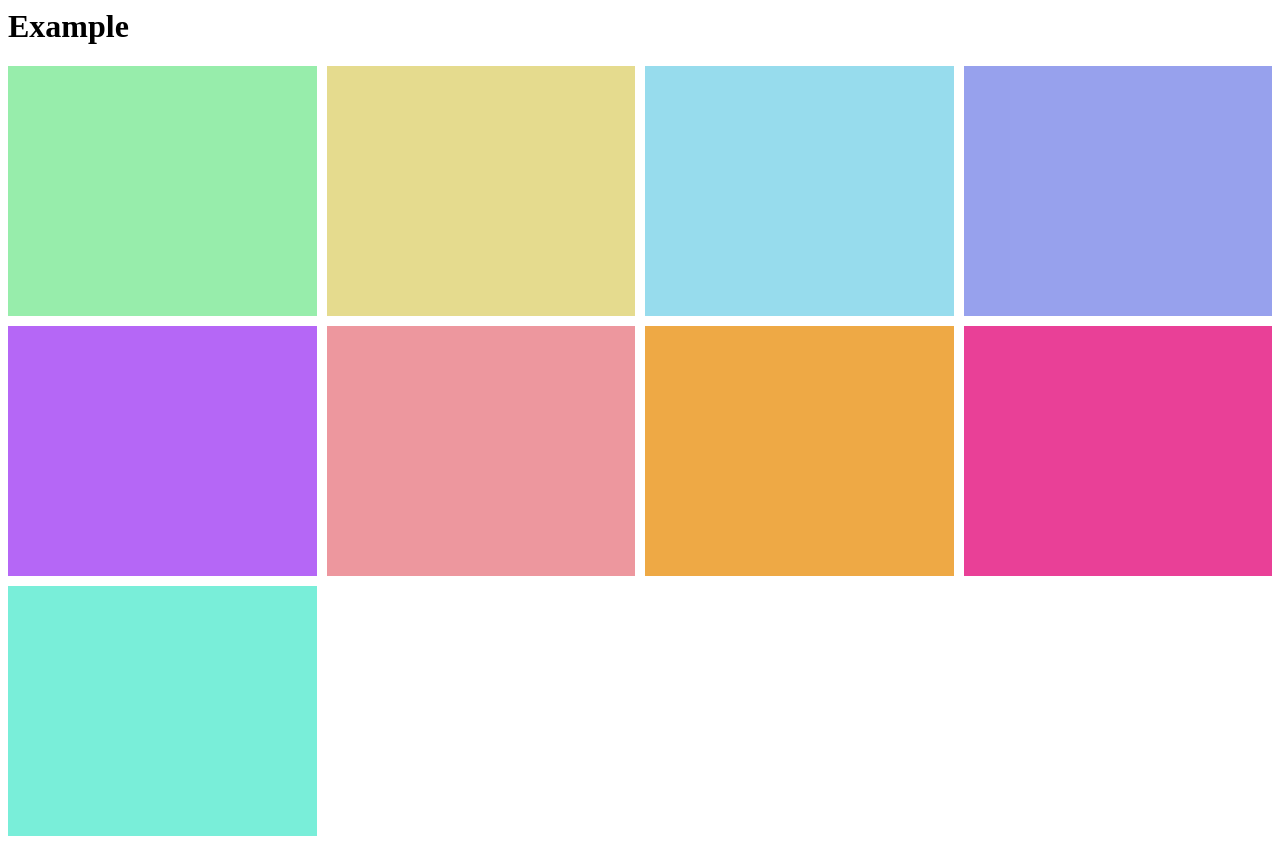
Repository: SamirIngley/html-semantic
Page: templates/challenge-01.html
An editor plug-in stored every save of this project. The page is shown before and after the next save, followed by the edit.
The browser window is 1280 px wide. The pictures show the whole page.

Above is the page before, as saved 2020-02-04 16:57:19.

### templates/challenge-01.html
<!--
   This example used named areas to place elements
   on the grid
 -->

<h1>Example</h1>

<!-- Grid Container -->
<div class="container">

  <div class="box a"></div>
  <div class="box b"></div>
  <div class="box c"></div>
  <div class="box d"></div>
  <div class="box e"></div>
  <div class="box f"></div>
  <div class="box g"></div>
  <div class="box h"></div>
  <div class="box i"></div>

</div>


<style>

  /* Your styles here */

  .container {
    display: grid;
    grid-gap: 10px;
    grid-template-columns: repeat(4, 1fr);
    /* grid-template-rows: 100px 300px; */
  }



  /* Some default styles to get you started */

  .box {
   height: 250px;
    /*
    The named areas below define where elements with
    those names are placed on the grid.
    */

  }

  .a {
    background-color: #97edab;
  }

  .b {
    background-color: #e5db8e;
  }

  .c {
    background-color: #97dced;
  }

  .d {
    background-color: #97a1ed;
  }

  .e {
    background-color: #b567f6;
  }

  .f {
    background-color: #ed979e;
  }

  .g {
    background-color: #eea945;
  }

  .h {
    background-color: #e94097;
  }

  .i {
    background-color: #79eed9;
  }

</style>

After the next save:
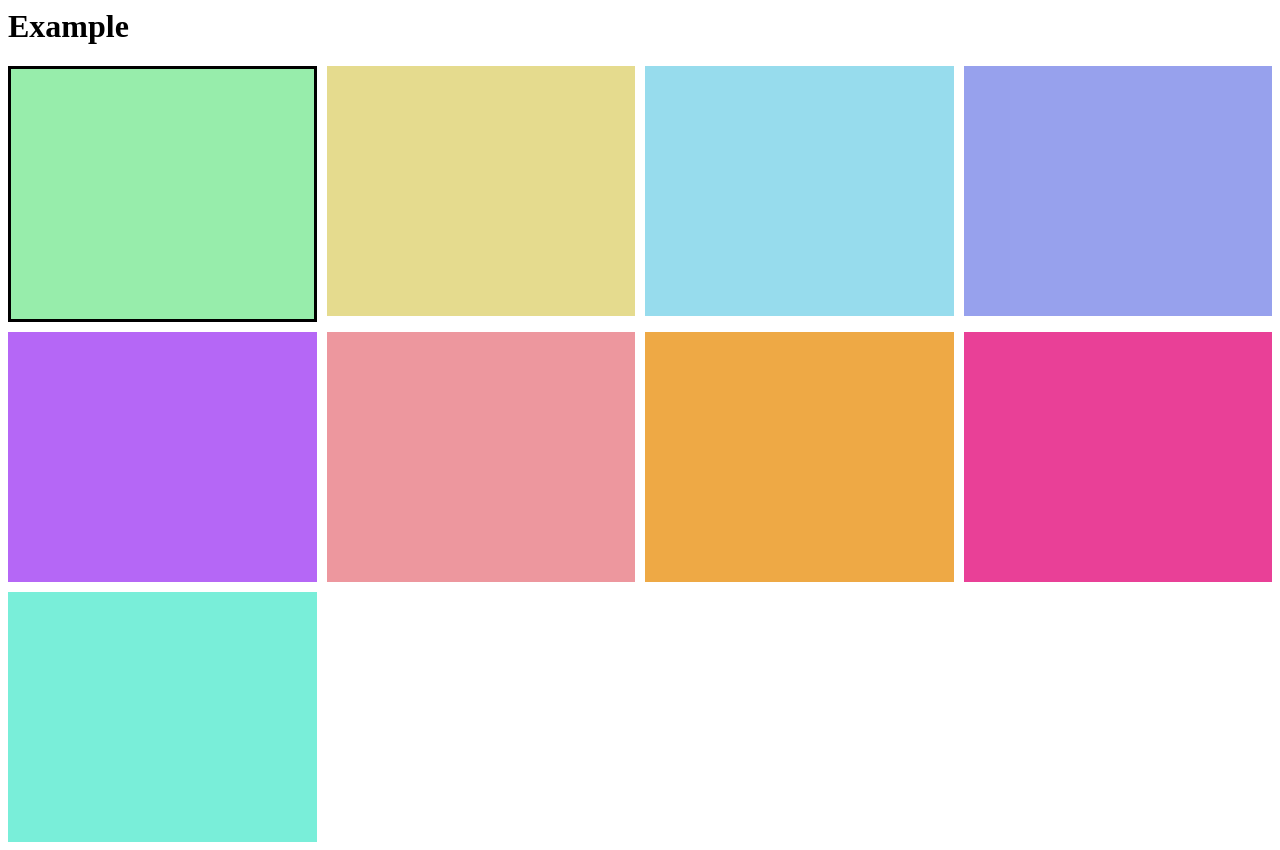
Saved 89 s later.
--- a/templates/challenge-01.html
+++ b/templates/challenge-01.html
@@ -8,7 +8,7 @@
 <!-- Grid Container -->
 <div class="container">
 
-  <div class="box a"></div>
+  <div class="box a another class name"></div>
   <div class="box b"></div>
   <div class="box c"></div>
   <div class="box d"></div>
@@ -32,7 +32,9 @@
     /* grid-template-rows: 100px 300px; */
   }
 
-
+  .name {
+    border: 3px solid;
+  }
 
   /* Some default styles to get you started */
 
